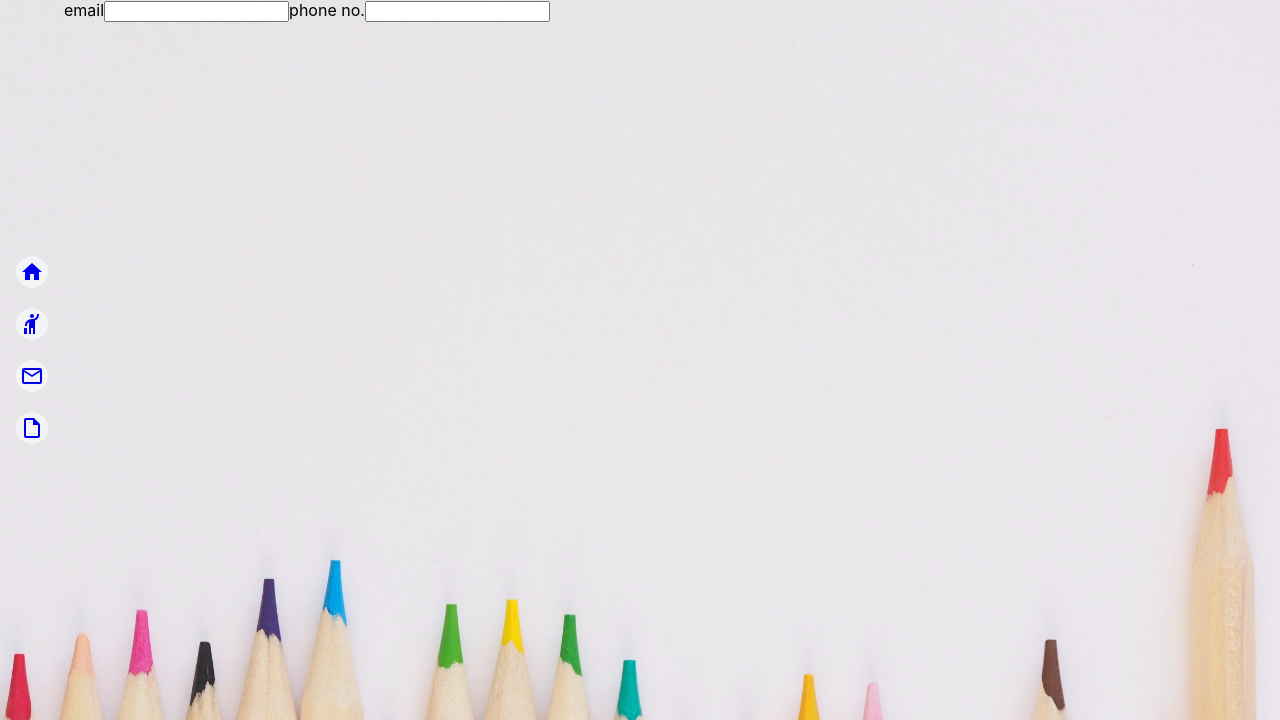
Repository: ujjawalmittal55/portfolio1
Page: /contact
An editor plug-in stored every save of this project. The page is shown before and after the next save, followed by the edit.
The browser window is 1280 px wide. The pictures show the whole page.
The project was rebuilt for these pictures with package versions that can differ from the ones it lists, and the page was loaded fresh each time. Also part of the build but not shown: src/display.css, src/Display.tsx, src/about.css, src/About.jsx, src/Document.jsx.

Above is the page before, as saved 2022-05-06 17:53:29.

### public/index.html
<!DOCTYPE html>
<html lang="en">
  <head>

    <style>
      @import url('https://fonts.googleapis.com/css2?family=Montserrat:ital,wght@0,100;1,100&family=Source+Code+Pro:wght@300&display=swap');
    </style>
    <meta charset="utf-8" />
    <link rel="icon" href="%PUBLIC_URL%/favicon.ico" />
    <meta name="viewport" content="width=device-width, initial-scale=1" />
    <meta name="theme-color" content="#000000" />
    <meta
      name="description"
      content="Web site created using create-react-app"
    />
    <link rel="apple-touch-icon" href="%PUBLIC_URL%/logo192.png" />
    <!--
      manifest.json provides metadata used when your web app is installed on a
      user's mobile device or desktop. See https://developers.google.com/web/fundamentals/web-app-manifest/
    -->
    <link rel="manifest" href="%PUBLIC_URL%/manifest.json" />
    <!--
      Notice the use of %PUBLIC_URL% in the tags above.
      It will be replaced with the URL of the `public` folder during the build.
      Only files inside the `public` folder can be referenced from the HTML.

      Unlike "/favicon.ico" or "favicon.ico", "%PUBLIC_URL%/favicon.ico" will
      work correctly both with client-side routing and a non-root public URL.
      Learn how to configure a non-root public URL by running `npm run build`.
    -->
    <title>React App</title>
  </head>
  <body>
    <noscript>You need to enable JavaScript to run this app.</noscript>
    <div id="root"></div>
    <!--
      This HTML file is a template.
      If you open it directly in the browser, you will see an empty page.

      You can add webfonts, meta tags, or analytics to this file.
      The build step will place the bundled scripts into the <body> tag.

      To begin the development, run `npm start` or `yarn start`.
      To create a production bundle, use `npm run build` or `yarn build`.
    -->
  </body>
</html>

### src/index.tsx
import React from "react";
import ReactDOM from "react-dom/client";
import "./index.css";
import App from "./App";
import Portfolio from "./Portfolio";
import SideBar from "./SideBar";

import reportWebVitals from "./reportWebVitals";
import { BrowserRouter } from "react-router-dom";

const rootElement = document.getElementById("root");
if (!rootElement) throw new Error("Failed to find the root element");
const root = ReactDOM.createRoot(rootElement);
root.render(
  <React.StrictMode>
    <BrowserRouter>
      <Portfolio />
    </BrowserRouter>
  </React.StrictMode>
);

// If you want to start measuring performance in your app, pass a function
// to log results (for example: reportWebVitals(console.log))
// or send to an analytics endpoint. Learn more: https://bit.ly/CRA-vitals
reportWebVitals();

### src/Portfolio.tsx
import React, { Component } from "react";
import { BrowserRouter, Route, Link, Routes } from "react-router-dom";
import Display from "./Display";
import "./homepage.css";
import SideBar from "./SideBar";
import About from "./About";
import Document from "./Document";
import Contact from "./Contact";
function Portfolio() {
  return (
    <div className="Home">
      <div className="sidebar">
        <SideBar />
      </div>
      <div className="main_content">
        <Routes>
          <Route path="/" element={<Display />} />
          <Route path="/about" element={<About />} />
          <Route path="/contact" element={<Contact />} />
          <Route path="/projects" element={<Display />} />
          <Route path="/resume" element={<Document />} />
        </Routes>
      </div>
    </div>
  );
}

export default Portfolio;

### src/homepage.css
.Home {
  background-image: url("/public/bg.jpg");
  background-size: cover;
  background-repeat: no-repeat;
  display: flex;
}
.main_content {
  flex: 1;
}

### src/SideBar.tsx
import React from "react";
import {
  BrowserRouter as Router,
  Route,
  Link,
  useParams,
  NavLink,
} from "react-router-dom";

import "./sidebar.css";
import HomeIcon from "@mui/icons-material/Home";
import HailIcon from "@mui/icons-material/Hail";
import InsertDriveFileOutlinedIcon from "@mui/icons-material/InsertDriveFileOutlined";
import EmailOutlinedIcon from "@mui/icons-material/EmailOutlined";

function SideBar() {
  return (
    <div>
      <div className="sidebar">
        <ul className="sidebar-items">
          <li className="list">
            <Link to="/">
              <div className="list-div">
                <HomeIcon>home</HomeIcon>
              </div>
            </Link>
          </li>
          <Link to="/about">
            <li className="list">
              <div className="list-div">
                <HailIcon>home</HailIcon>
              </div>
            </li>
          </Link>
          <Link to="/contact">
            <li className="list">
              <div className="list-div">
                <EmailOutlinedIcon>home</EmailOutlinedIcon>
              </div>
            </li>
          </Link>

          <Link to="/resume">
            <li className="list">
              <div className="list-div">
                <InsertDriveFileOutlinedIcon>home</InsertDriveFileOutlinedIcon>
              </div>
            </li>
          </Link>
        </ul>
      </div>
    </div>
  );
}

export default SideBar;

### src/Contact.jsx
import React from "react";

function Contact() {
  return (
    <div>
      <form className="form">
        <span>
          email
          <input type="email" />
        </span>
        <span>
          phone no.
          <input type="number" />
        </span>
      </form>
    </div>
  );
}

export default Contact;

### src/sidebar.css
.sidebar {
  height: 100%;
  /* background-color: rgb(221, 195, 195) */
}
.sidebar {
  height: 100vh;
  display: grid;
  align-items: center;
  text-align: center;
  text-decoration: none;
}
.sidebar-items {
  padding: 0;
  margin: 1em;
}

.list {
  font-size: 1em;
  margin-bottom: 1.25em;
  list-style-type: none;
  text-align: center;
  text-decoration: none;
  padding: auto;
}

.list-div:hover {
  text-decoration: underline;
  transform: scale(1.25);
  background-color: rgb(126, 128, 247);
}

.list-div {
  display: flex;
  justify-content: center;
  align-items: center;
  text-align: center;
  height: 2em;
  width: 2em;
  background-color: rgb(242, 244, 245);
  border-radius: 50%;
  transition-duration: 0.5s;
}

Loaded but not shown: src/index.css (common file); src/reportWebVitals.js (common file)

After the next save:
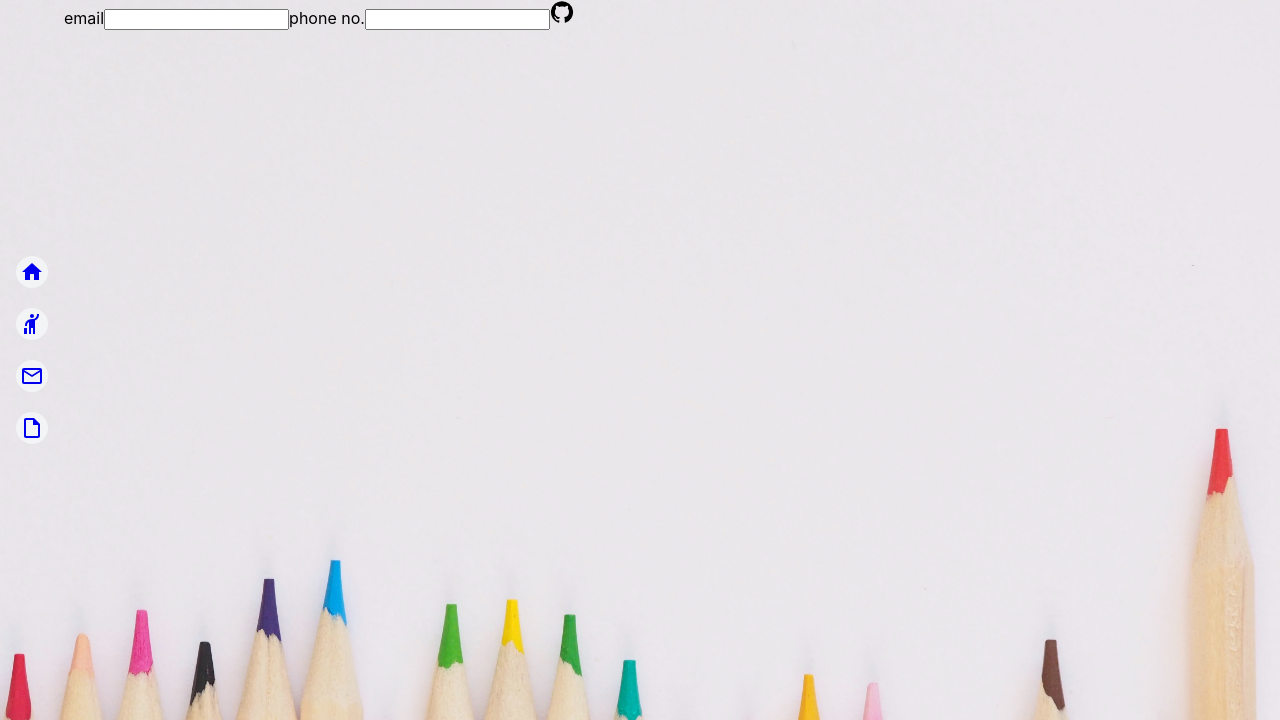
Saved 71 s later.
--- a/src/Contact.jsx
+++ b/src/Contact.jsx
@@ -1,5 +1,5 @@
 import React from "react";
-
+import { GitHub } from "@mui/icons-material";
 function Contact() {
   return (
     <div>
@@ -12,6 +12,7 @@ function Contact() {
           phone no.
           <input type="number" />
         </span>
+        <GitHub />
       </form>
     </div>
   );
